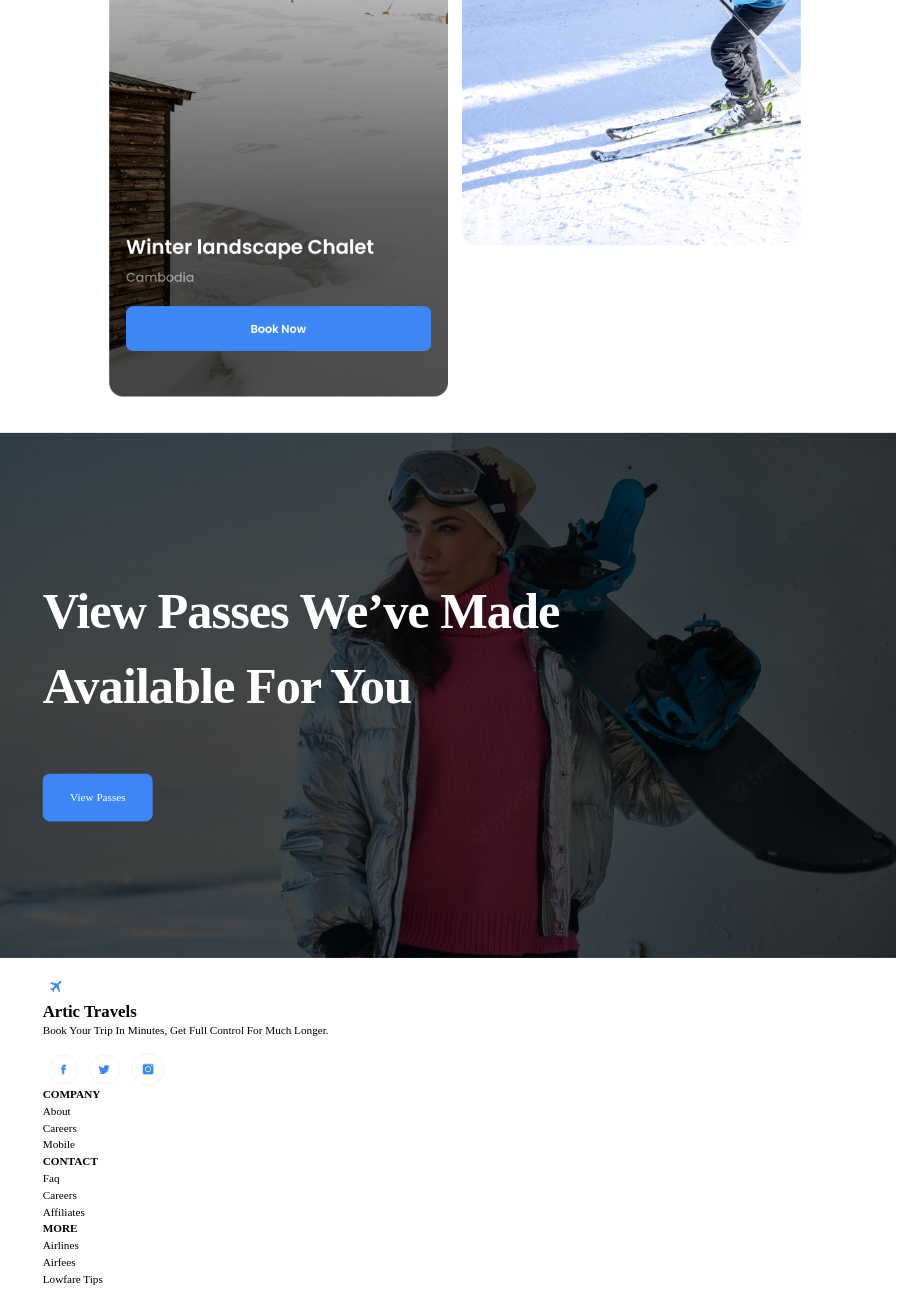
Repository: swissjake/arctic-travel-agency
Page: /
These files come from the project's save history. The page is drawn as it stood at one moment and after a run of saves; the edit follows.
The browser window is 1280 px wide. The page is 1300 px wide, so the pictures cover 1300 px, including what lies to the right of the window. The pictures show the part of the page from y = 3908 to 5788 px (the page is 5768 px tall before and 5788 px after), at 70% of full size.
The project was rebuilt for these pictures with package versions that can differ from the ones it lists, and the page was loaded fresh each time. Also part of the build but not shown: src/App.css.

Above is the page before, as saved 2022-05-04 12:49:17.

After the next 2 saves:
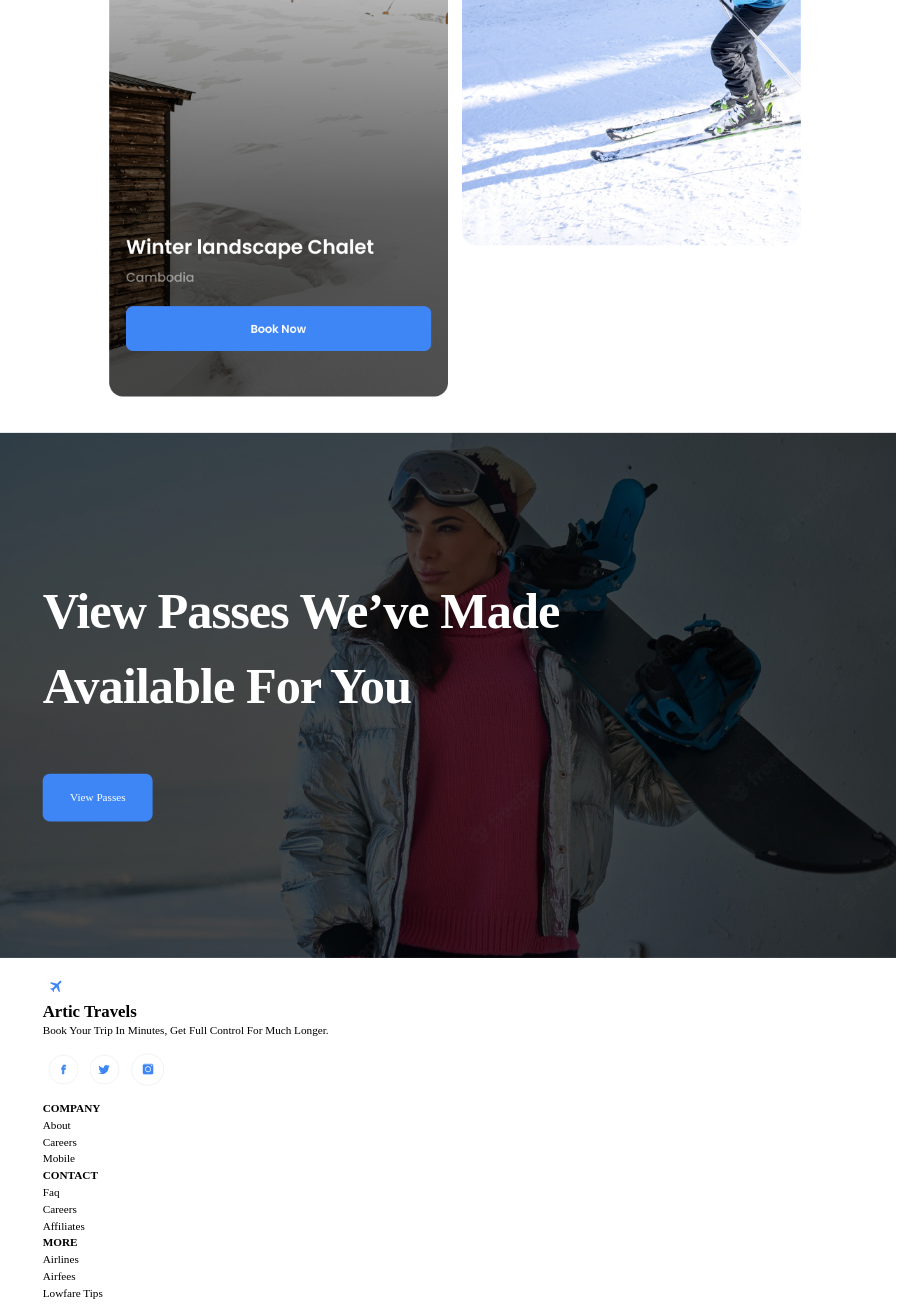
The 2 saves are shown as one change because they came seconds apart.
The last was saved 7 s later.
--- a/src/components/Footer/Footer.tsx
+++ b/src/components/Footer/Footer.tsx
@@ -20,7 +20,7 @@ const Footer = () => {
          <div className="container p-[20px] md:pl-[61px] md:pr-[57px]">
             <div className="">
 
-<div cla>
+<div className="mb-5">
   <img src={aeroplane} alt="aeroplane" />
   <p className="capitalize text-2xl font-bold">artic travels</p>
   <p className="capitalize">Book your trip in minutes, get full
